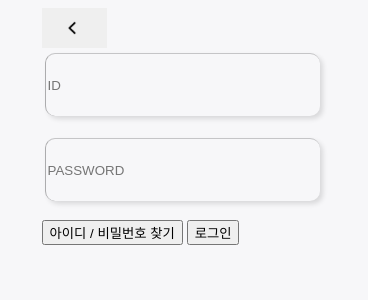
Repository: PEPI-dev/UI
Page: login/login.html
An editor plug-in stored every save of this project. The page is shown before and after a run of saves, followed by the edit.
The browser window is 360 px wide. The page is 368 px wide, so the pictures cover 368 px, including what lies to the right of the window. The pictures show the whole page.

Above is the page before, as saved 2023-12-04 15:16:44.

After the next 6 saves:
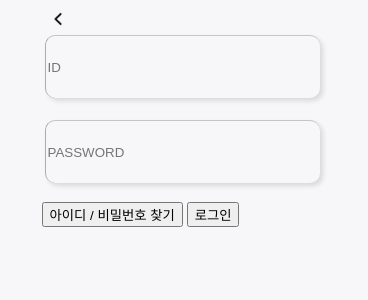
The 6 saves are shown as one change because they came seconds apart.
The last was saved 37 s later.
--- a/login/login.css
+++ b/login/login.css
@@ -51,15 +51,11 @@ body{
     }
 
     #back {
-
-        color: #ffffff;
-        padding: 10px 20px;
-        font-size: 16px;
-        border: none;
-
+        border: none; /* Remove the border */
+        background: none; /* Remove the background */
         cursor: pointer;
         display: flex;
-        align-items: center; /* Center items vertically */
+        align-items: center;
     }
 
     #back img {
